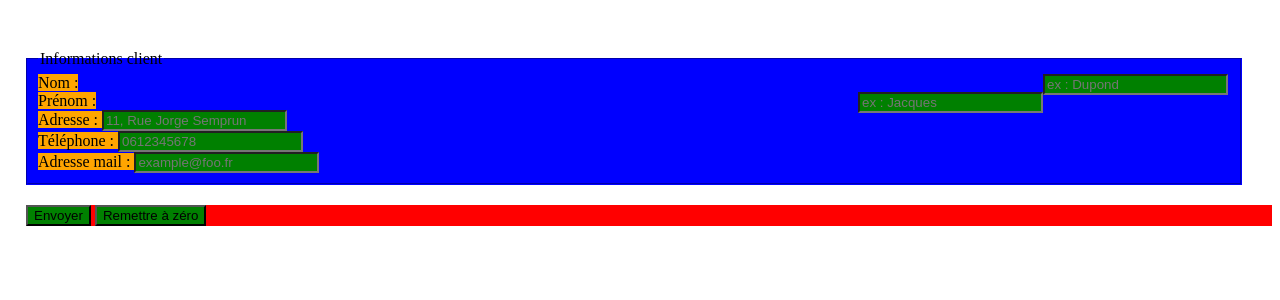
Repository: big73/NFE114
Page: http://localhost/Seance4-step1/
The author's editor kept a copy of each file at every save. The page is drawn from the files as they stood at one save, then again after the next save.
The browser window is 1280 px wide. The pictures show the whole page.
The page is served by Tomcat 9.

Above is the page before, as saved 2015-12-30 14:41:34.

After the next save:
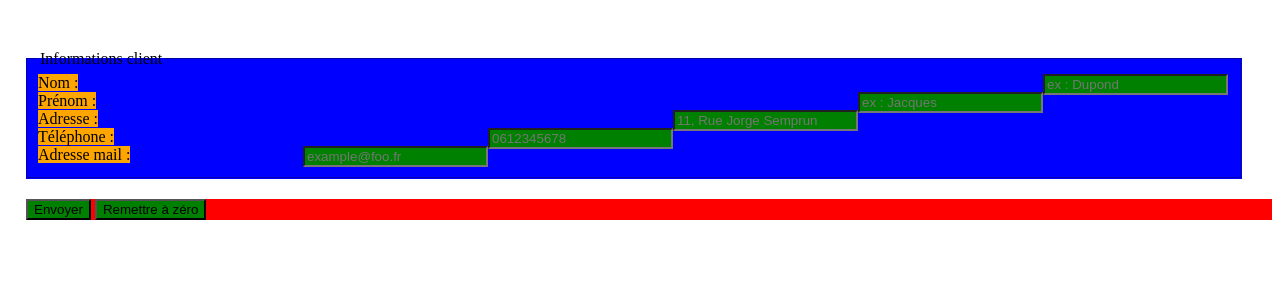
Saved 43 s later.
--- a/Seance4-step1/WebContent/formClient.jsp
+++ b/Seance4-step1/WebContent/formClient.jsp
@@ -20,13 +20,13 @@
 			<input class="saisie" type="text" placeholder="ex : Jacques" name="prenom"><br>
 
 			<label>Adresse : </label>
-			<input type="text" placeholder="11, Rue Jorge Semprun" name="adresse"><br>
+			<input class="saisie" type="text" placeholder="11, Rue Jorge Semprun" name="adresse"><br>
 
 			<label>Téléphone : </label>
-			<input type="text" placeholder="0612345678" name="phone"><br>
+			<input class="saisie" type="text" placeholder="0612345678" name="phone"><br>
 
 			<label>Adresse mail : </label>
-			<input type="text" placeholder="example@foo.fr" name="mail"><br>
+			<input class="saisie" type="text" placeholder="example@foo.fr" name="mail"><br>
 		</fieldset>
 
 		<div class="actionneur">
